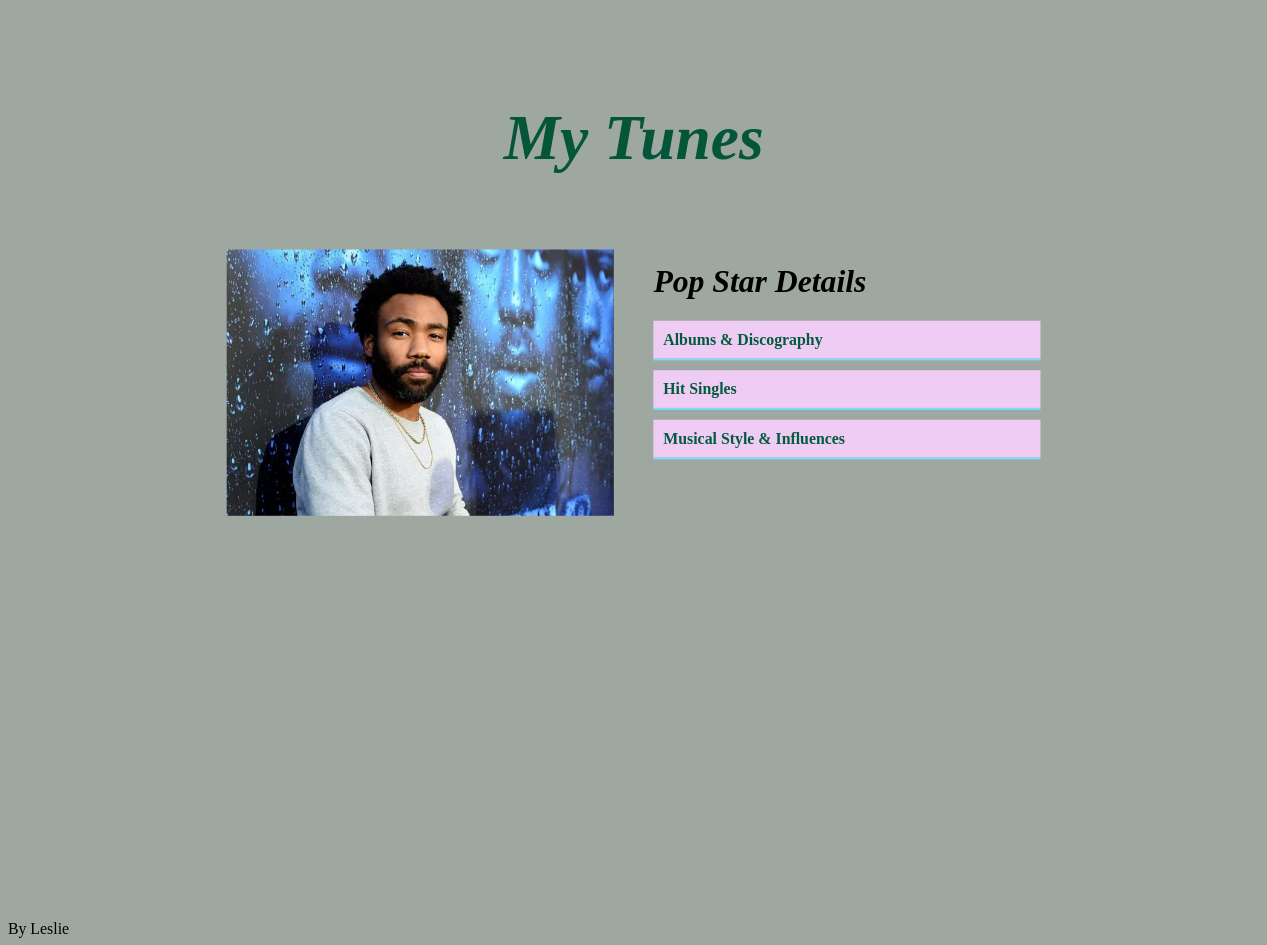
Repository: leslie179/labOne
Page: /
The author's editor kept a copy of each file at every save. The page is drawn from the files as they stood at one save, then again after the next save.
The browser window is 1280 px wide. The pictures show the whole page, at 99% of full size.
The project was rebuilt for these pictures with package versions that can differ from the ones it lists, and the page was loaded fresh each time. The framework's server and built-in components were replaced by stand-ins that run in the browser. Also part of the build but not shown: next.config.js, components/Footer/Footer.module.css.

Above is the page before, as saved 2024-09-15 22:48:20.

After the next save:
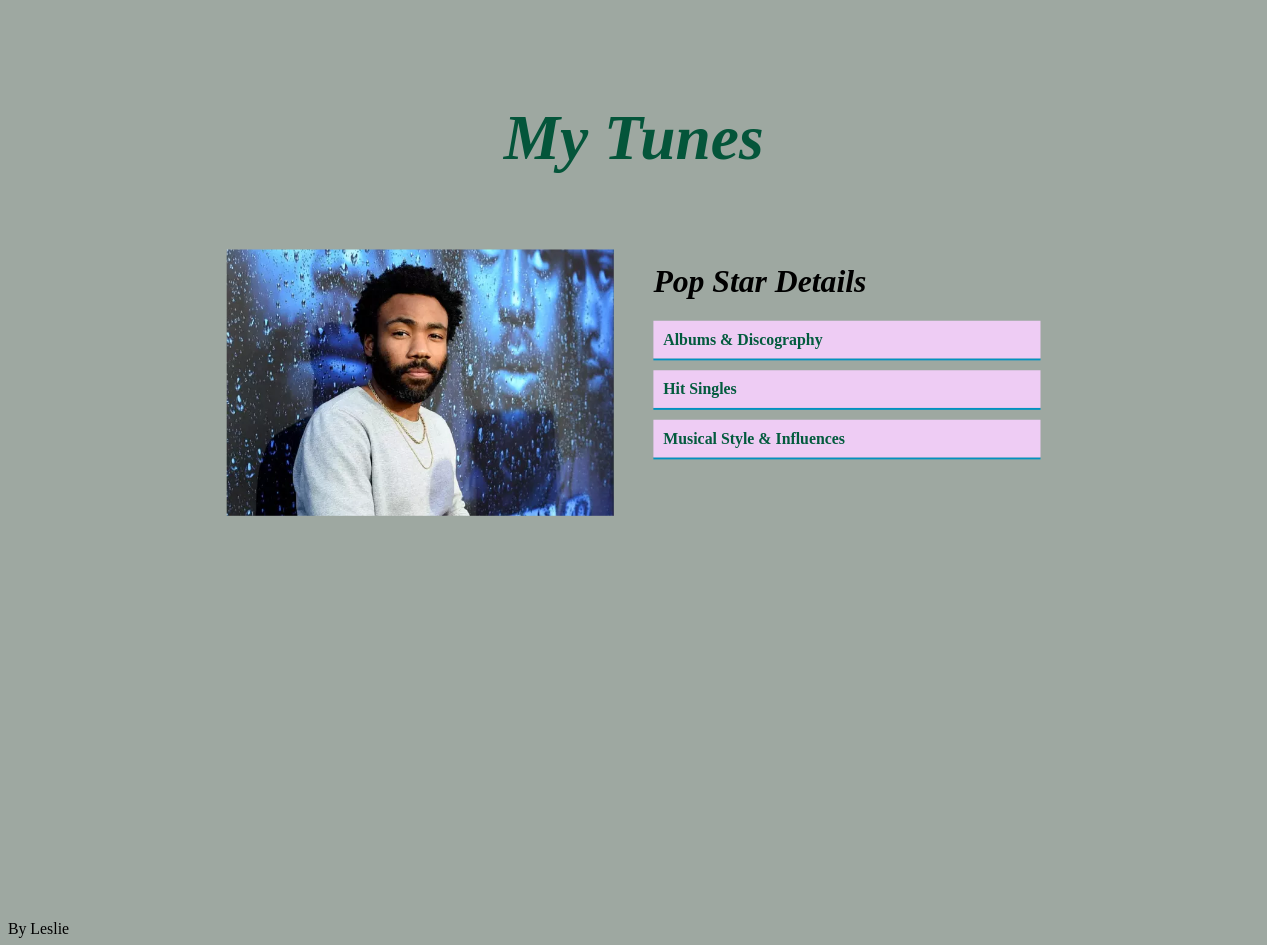
Saved 6 s later.
--- a/components/RightComponent/RightComponent.module.css
+++ b/components/RightComponent/RightComponent.module.css
@@ -9,7 +9,7 @@
 
 
 .item {
-    border-bottom: 2.5px solid rgb(120, 221, 255);
+    border-bottom: 2.5px solid rgb(2, 145, 193);
     margin-bottom: 10px;
 }
 
